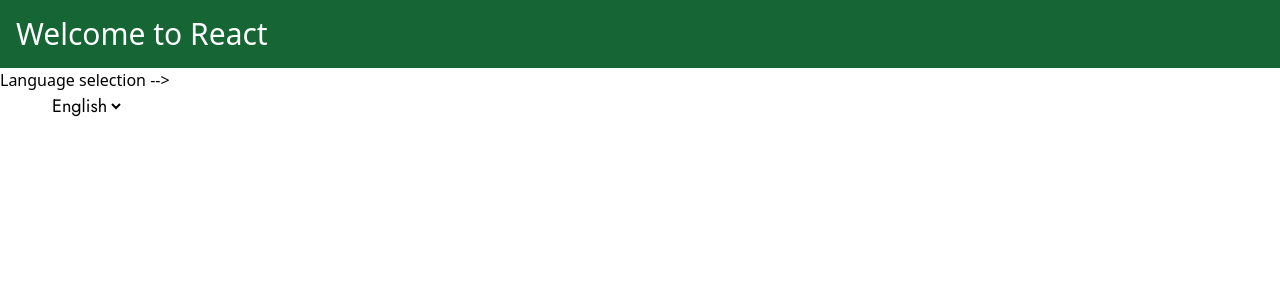
Repository: SaadYasin/react-internationalization
Page: /
These files come from the project's save history. The page is drawn as it stood at one moment and after a run of saves; the edit follows.
The browser window is 1280 px wide. The pictures show the whole page.
The project was rebuilt for these pictures with package versions that can differ from the ones it lists, and the page was loaded fresh each time. Also part of the build but not shown: vite.config.js.

Above is the page before, as saved 2024-07-19 02:31:04.

### index.html
<!doctype html>
<html lang="en">
  <head>
    <meta charset="UTF-8" />
    <link rel="icon" type="image/svg+xml" href="/vite.svg" />
    <meta name="viewport" content="width=device-width, initial-scale=1.0" />
    <title>Vite + React</title>

    <!-- FONTS -->
    <link rel="preconnect" href="https://fonts.googleapis.com">
    <link rel="preconnect" href="https://fonts.gstatic.com" crossorigin>
    <link
      href="https://fonts.googleapis.com/css2?family=Jost:ital,wght@0,100..900;1,100..900&family=Poppins:ital,wght@0,100;0,200;0,300;0,400;0,500;0,600;0,700;0,800;0,900;1,100;1,200;1,300;1,400;1,500;1,600;1,700;1,800;1,900&display=swap"
      rel="stylesheet">

  </head>
  <body>
    <div id="root"></div>
    <script type="module" src="/src/main.jsx"></script>
  </body>
</html>

### src/App.jsx
/* eslint-disable no-unused-vars */
import React, { useEffect } from "react";
import i18next from '../src/utils/i18next';
import { useTranslation } from 'react-i18next'
import Cookies from "js-cookie";
function App() {
  const { t } = useTranslation();

  const lng = Cookies.get("i18next") || "en";

  useEffect(() => {
    window.document.dir = i18next.dir();
  }, [lng]);

  return (
    <>
      <div>
        <h2 className="text-3xl text-start text-white p-4 bg-green-800">{t("Welcome to React")}</h2>

        Language selection -->
            <div>
              <select name="language" id="lang" class="bg-white text-[18px] font-secondary xl:ml-12 cursor-pointer">
                <option value="en" selected data-i18n="english"
                  class="text-[18px] text-primary font-secondary hover:text-primary-hover">English</option>

                <option value="ar" data-i18n="arabic" class="text-[18px] text-primary font-secondary hover:text-primary-hover">Arabic
                </option>
              </select>
            </div>

        {/* <div className="flex justify-center gap-4 mt-10">
          <button
            onClick={() => i18next.changeLanguage("en")}
            className="text-[18px] bg-slate-800 text-white px-4 py-2 rounded-lg">English</button>


          <button
            onClick={() => i18next.changeLanguage("ar")}
            className="text-[18px] bg-slate-800 text-white px-4 py-2 rounded-lg">Arabic</button>

        </div> */}

      </div>
    </>
  )
}

export default App;

### src/index.css
@import url('https://fonts.googleapis.com/css2?family=Jost:ital,wght@0,100..900;1,100..900&family=Poppins:ital,wght@0,100;0,200;0,300;0,400;0,500;0,600;0,700;0,800;0,900;1,100;1,200;1,300;1,400;1,500;1,600;1,700;1,800;1,900&display=swap');

@tailwind base;
@tailwind components;
@tailwind utilities;

### src/utils/i18next.js
import i18n from "i18next";
import { initReactI18next } from "react-i18next";

import languageDetector from "i18next-browser-languagedetector";
import HttpApi from "i18next-http-backend";

i18n
  .use(initReactI18next)
  .use(languageDetector)
  .use(HttpApi)
  .init({
    fallbackLng: "en",
    detection: {
      order: [
        "htmlTag",
        "cookie",
        "localStorage",
        "sessionStorage",
        "navigator",
        "path",
        "subdomain",
      ],
      caches: ["cookie"],
    },
    backend: {
      loadPath: "/locale/{{lng}}/translation.json",
    },
  });

export default i18n;

### tailwind.config.js
/** @type {import('tailwindcss').Config} */
export default {
  content: ["./index.html", "./src/**/*.{js,ts,jsx,tsx}"],
  theme: {
    fontFamily: {
      primary: ["Poppins", "sans-serif"],
      secondary: ["Jost", "sans-serif"],
    },
    extend: {},
  },
  plugins: [],
};

Loaded but not shown: src/main.jsx (common file)

After the next 2 saves:
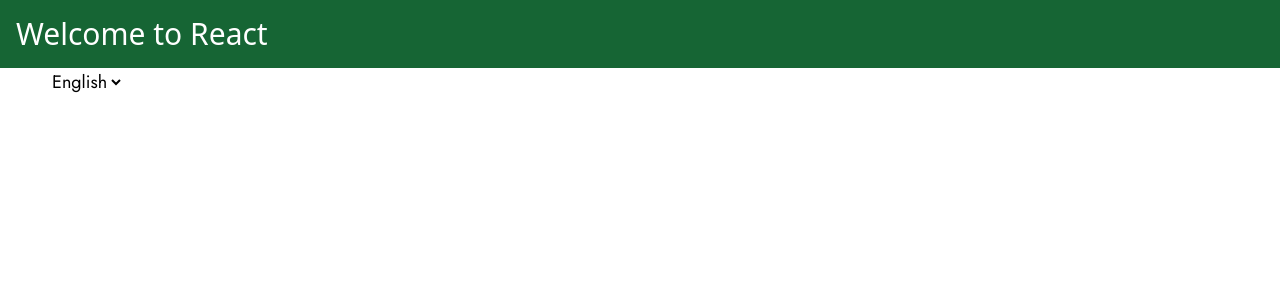
The 2 saves are shown as one change because they came seconds apart.
The last was saved 9 s later.
--- a/src/App.jsx
+++ b/src/App.jsx
@@ -17,7 +17,7 @@
       <div>
         <h2 className="text-3xl text-start text-white p-4 bg-green-800">{t("Welcome to React")}</h2>
 
-        Language selection -->
+        {/* Language selection */}
             <div>
               <select name="language" id="lang" class="bg-white text-[18px] font-secondary xl:ml-12 cursor-pointer">
                 <option value="en" selected data-i18n="english"
